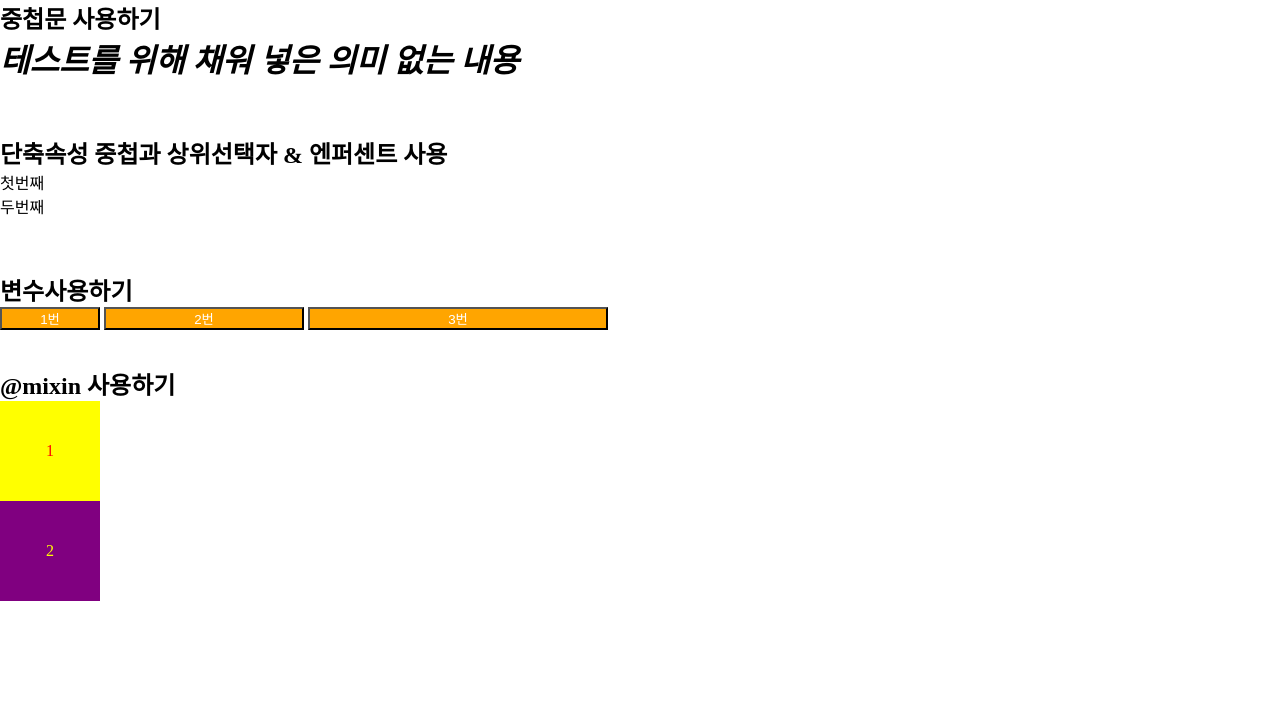
Repository: Axing00/SCSS
Page: test/index.html
An editor plug-in stored every save of this project. The page is shown before and after the next save, followed by the edit.
The browser window is 1280 px wide. The pictures show the whole page.
The style sheet was rebuilt from its Sass, Less or Tailwind sources for each picture, by a compiler version that may differ from the author's.

Above is the page before, as saved 2023-03-20 16:10:31.

After the next save:
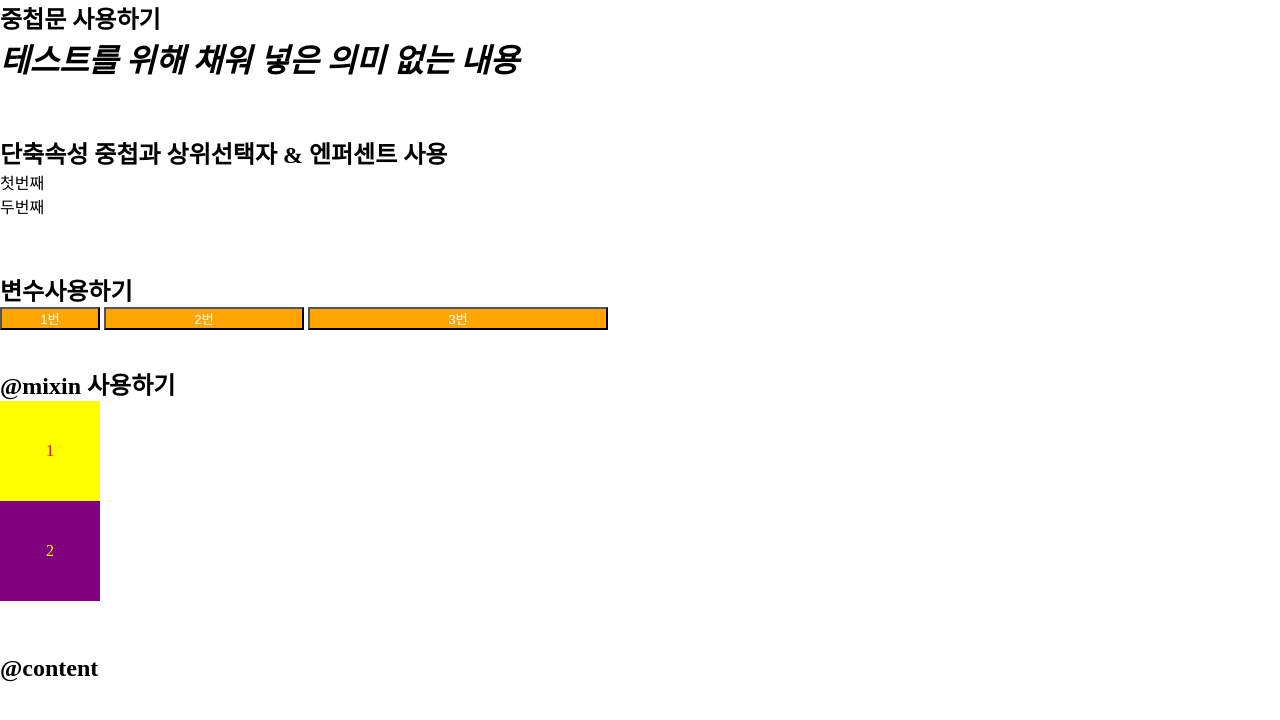
Saved 13 s later.
--- a/test/index.html
+++ b/test/index.html
@@ -42,6 +42,8 @@
 	<br>
 	<br>
 
+	<h2>@content</h2>
+
 
 
 
